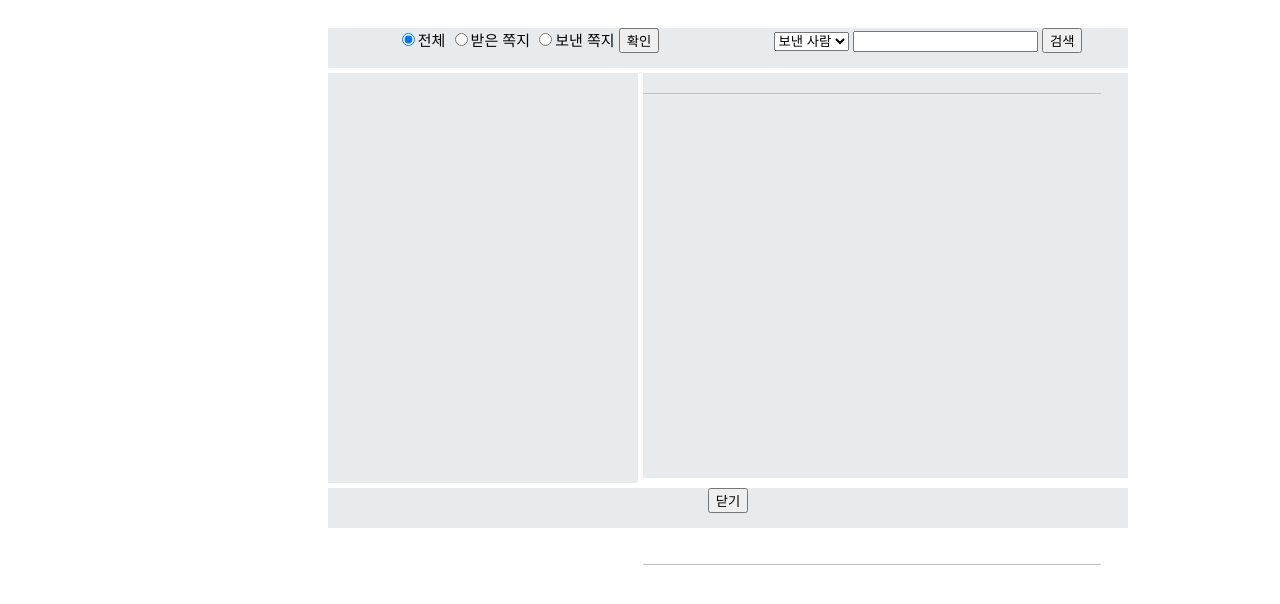
Repository: heebedev/TheJoeun_JSP
Page: http://localhost/TeamProject_05/messageFinal.jsp
These files come from the project's save history. The page is drawn as it stood at one moment and after the next save; the edit follows.
The browser window is 1280 px wide. The pictures show the whole page.
The page is served by Tomcat 9.

Above is the page before, as saved 2020-06-17 03:40:14.

After the next save:
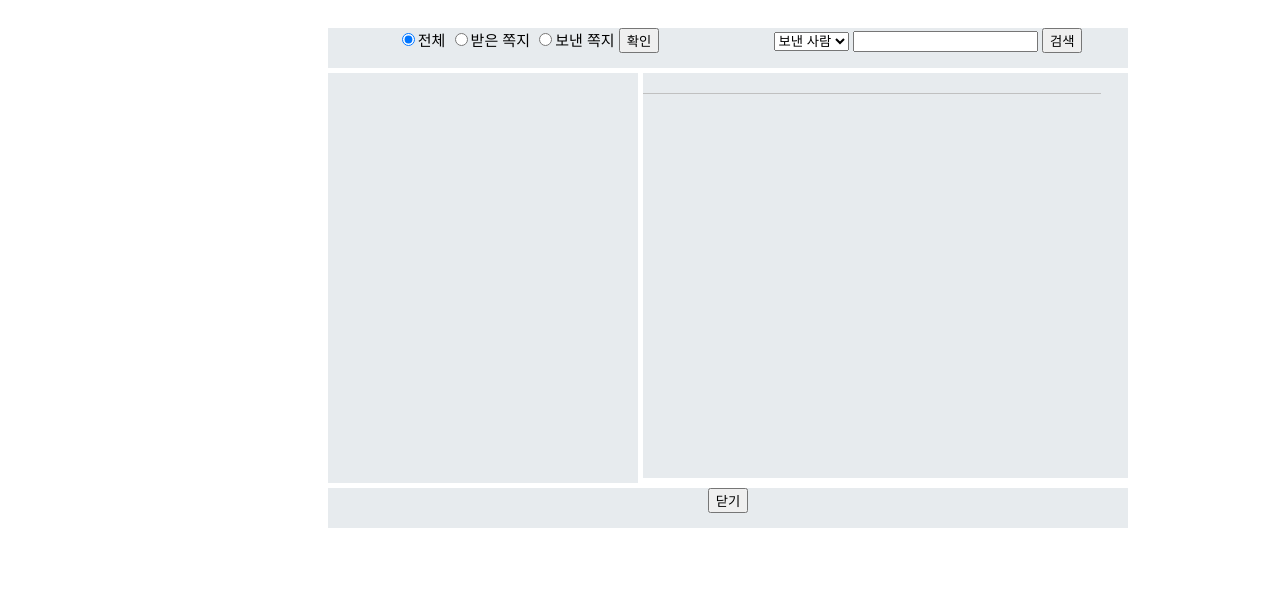
Saved 8 s later.
--- a/TeamProject_05/WebContent/messageFinal.jsp
+++ b/TeamProject_05/WebContent/messageFinal.jsp
@@ -35,7 +35,7 @@
 	.detail_send { grid-area: detailsend; width:458px; font-weight: bold; text-align: left; padding-top:20px; padding-left:20px;}
 	.detail_receive { grid-area: detailreceive; width:458px; font-weight: bold; text-align: left; padding-left:20px;}
 	.detaildate { grid-area: detaildate; padding-top: 20px; width:458px; }
-	.detailmessage { grid-area: detailmessage; vertical-align: bottom; padding-top:20px; width:458px; border-bottom: 1px solid silver; border-top: 1px solid silver; height:450px;}
+	.detailmessage { grid-area: detailmessage; vertical-align: bottom; padding-top:20px; width:458px; border-bottom: 1px solid silver; border-top: 1px solid silver; height:400px;}
 
 
 	.grid-container {
